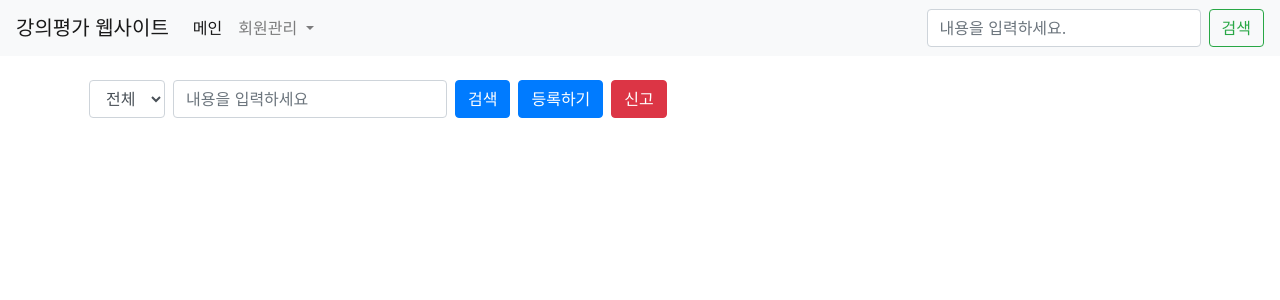
Repository: mijin99/lecture-evaluation
Page: http://localhost/Lecture_Evaluation/
The author's editor kept a copy of each file at every save. The page is drawn from the files as they stood at one save, then again after the next save.
The browser window is 1280 px wide. The pictures show the whole page.
The page is served by Tomcat 9. Other server files are loaded and not shown.

Above is the page before, as saved 2020-12-24 17:18:01.

### Lecture Evaluation/WebContent/index.jsp
<%@ page language="java" contentType="text/html; charset=UTF-8"
    pageEncoding="UTF-8"%> <!--  한글로 -->
    <!-- PUBLIC부터 쭉 지움 -> HTML5 사용을 위해  -->
<!DOCTYPE html>
<html>
<head>
	<meta http-equiv="Content-Type" content="text/html; charset=UTF-8">
	<!-- 반응형웹이기 때문에 뷰 포트에 관련한 메타태그를 넣어줘야함 /디바이스너비                           -->
	<meta name ="viewport" content="width=device-width, initial-scale=1, Shrink-to-fit =no" >
	<title>강의평가 웹사이트</title>
	<!--  부트스트랩 css추가 -->
	<link rel="stylesheet" href="./css/bootstrap.min.css">
	<!--  커스텀 css추가 -->
	<link rel="stylesheet" href="./css/custom.css">
</head>
<body>
	<!--네비게이션  바 (HTML5부터)/부트스트랩이 제공 밝은 하양바-->
	<nav class="navbar navbar-expand-lg navbar-light bg-light">
		<!-- 부트스트랩안에서 로고 같은거 출력 -->
		<a class="navbar-brand" href="index.jsp">강의평가 웹사이트</a>
		<!-- 누르면 navbar id요소가 보였다 안보였다. -->
		<button class="navbar-toggler" type="button" data-toggle="collapse" data-target="#navbar">
			<!-- 점 3개 아이콘 -->
			<span class="navbar-toggler-icon"></span>
		</button>
		<!-- 버튼 눌러서 나타났다, 사라졌다 하는 부분  #navbar << 이거-->
		<div id="navbar" class="collapse navbar-collapse">
			<ul class="navbar-nav mr-auto">
				<li class="nav-item active">
					<a class="nav-link" href="index.jsp">메인</a>
				</li>
				<!-- 누르면 목록나옴 dropdown  -->
				<li class="nav-item dropdown">
				<!-- 눌르면 나타났다 사라졌다.. toggle -->
					<a class="nav-link dropdown-toggle" id="dropdown" data-toggle="dropdown">
						회원관리
					</a>
					<div class="dropdown-menu" aria-labelledby="dropdown">
						<a class="dropdown-item" href="#">로그인</a>
						<a class="dropdown-item" href="#">회원가입</a>
						<a class="dropdown-item" href="#">로그아웃</a>
					</div>
				</li>
			</ul>
			<!-- 검색창  -->
			<form class="form-inline my-2 my-lg-0">
				<input class="form-control mr-sm-2" type="search" placeholder="내용을 입력하세요." aria-label="Search">
					<!-- 전송버튼 -->
				<button class="btn btn-outline-success my-2 my-sm-0" type="submit">검색</button>
			</form>
		</div>
	</nav>

	<!-- 본문 내용 -->   <!-- 컨테이너 - 반응형 -->
	<section class="container">						<!-- 위로 마진 3 -->
		<form method="get" action="./index.jsp" class="form-inline mt-3">
			<!-- 강의 구분  -->								<!-- 마진 -->
			<select name="lectureDivide" class="form-control mx-1 mt-2">
				<option value="전체">전체</option>
				<option value="전공">전공</option>
				<option value="교양">교양</option>
				<option value="기타">기타</option>
			</select>
			<input type="text" name="search" class="form-control mx-1 mt-2" placeholder="내용을 입력하세요">
			<button type="submit" class="btn btn-primary mx-1 mt-2">검색</button>
			<!-- 모달창으로 강의평가 등록하기 -->						<!-- 웹페이지 위쪽 등록양식 -->
			<a class="btn btn-primary mx-1 mt-2" data-toggle="modal" href="#registerModal">등록하기</a>
			<a class="btn btn-danger mx-1 mt-2" data-toggle="modal" href="#reportModal">신고</a>
		</form>
	</section>

	<!-- 등록하기 모달창 -->
	<div class="modal fade" id="registerModal" tabindex="-1" role="dialog" aria-labelledby="modal" aria-hidden="true">
		<!-- 모달창임을 알려줌 -->
		<div class="modal-dialog">
			<!-- 모달 창 안에 내용 정의-->
			<div class="modal-content">
				<!-- 헤더와 바디로 구성 -->
				<div class="modal-header">
					<h5 class="modal-title" id="modal">평가등록</h5>
					<!-- 닫기버튼 누르면 닫히게 -->
					<button type="button" class="close" data-dismiss="modal" aria-label="Close">
						<span aria-hidden="true">&times;</span>
					</button>
				</div>
				<div class="modal-body">
					<!-- 평가 등록 요청 -->
					<form action="./evaluationRegisterAction.jsp" method="post">
						<!-- 하나의 행을 여러개 열로 나눌때  1행-->
						<div class="form-row">
							<!-- 컬럼 -->
							<div class="form-group col-sm-6">
								<label>강의명</label>
								<input type="text" name="lectureName" class="form-control" maxlength="20">
							</div>
							<div class="form-group col-sm-6">
								<label>교수명</label>
								<input type="text" name="professorName" class="form-control" maxlength="20">

							</div>
						</div>

						<!-- 2행 -->
						<div class="form-row">
							<!-- 폼그룹 - 무언가 선택할 때  -->
							<div class="form-group col-sm-4">
								<label>수강 연도</label>
								<select name="lectureYear" class="form-control">
									<option value="2011">2011</option>
									<option value="2012">2012</option>
									<option value="2013">2013</option>
									<option value="2014">2014</option>
									<option value="2015">2015</option>
									<option value="2016">2016</option>
									<option value="2017">2017</option>
									<option value="2018">2018</option>
									<option value="2019">2019</option>
									<option value="2020" selected>2020</option>
									<option value="2021">2021</option>
									<option value="2022">2022</option>
									<option value="2023">2023</option>
								</select>
							</div>
							<div class="form-group col-sm-4">
								<label>수강 학기</label>
								<select name="semesterDivide" class="form-control">
									<option value="1학기" selected>1학기 </option>
									<option value="여름학기" >여름학기 </option>
									<option value="2학기" >2학기 </option>
									<option value="겨울학기" >겨울학기 </option>
								</select>
							</div>

							<div class="form-group col-sm-4">
								<label>강의 구분</label>
								<select name="lectureDivide" class="form-control">
									<option value="전공" selected>전공 </option>
									<option value="교양" >교양 </option>
									<option value="기타" >기타 </option>
								</select>
							</div>
						</div>

						<!-- 실제 강의 평가 내용 3행 -->
						<div class="form-group">
							<label>제목</label>
							<input type="text" name="evaluationTime" class="form-control" maxlength="30">
						</div>

						<div class="form-group">
							<label>내용</label>
							<textarea  name="evaluationContext" class="form-control" maxlength="2048" style="height:180px;"></textarea>
						</div>

						<!-- 1개의 행을 여러개로 -->
						<div class="form-row">
							<div class="form-group col-sm-3">
							<label>종합</label>
								<select name="totalScore" class="form-control">
									<option value="A" selected>A</option>
									<option value="B" selected>B</option>
									<option value="C" selected>C</option>
									<option value="D" selected>D</option>
									<option value="F" selected>F</option>
								</select>
							</div>

							<div class="form-group col-sm-3">
							<label>성적</label>
								<select name="creditScore" class="form-control">
									<option value="A" selected>A</option>
									<option value="B" selected>B</option>
									<option value="C" selected>C</option>
									<option value="D" selected>D</option>
									<option value="F" selected>F</option>
								</select>
							</div>

							<div class="form-group col-sm-3">
							<label>널널</label>
								<select name="comfortableScore" class="form-control">
									<option value="A" selected>A</option>
									<option value="B" selected>B</option>
									<option value="C" selected>C</option>
									<option value="D" selected>D</option>
									<option value="F" selected>F</option>
								</select>
							</div>

							<div class="form-group col-sm-3">
							<label>강의</label>
								<select name="lectureScore" class="form-control">
									<option value="A" selected>A</option>
									<option value="B" selected>B</option>
									<option value="C" selected>C</option>
									<option value="D" selected>D</option>
									<option value="F" selected>F</option>
								</select>
							</div>
						</div>
						<!-- 모달 헤더, 바디 ,푸터 -->
						<div class="modal-footer">
							<button  type="button" class="btn btn-secondary" data-dismiss="modal">취소</button>
							<button type="submit" class="btn btn-primary">등록하기</button>
						</div>
					</form>
				</div>
			</div>
		</div>
	</div>

	<!-- 신고하기 모달창 -->
	<div class="modal fade" id="reportModal" tabindex="-1" role="dialog" aria-labelledby="modal" aria-hidden="true">
			<!-- 모달창임을 알려줌 -->
			<div class="modal-dialog">
				<!-- 모달 창 안에 내용 정의-->
				<div class="modal-content">
					<!-- 헤더와 바디로 구성 -->
					<div class="modal-header">
						<h5 class="modal-title" id="modal">신고하기</h5>
						<!-- 닫기버튼 누르면 닫히게 -->
						<button type="button" class="close" data-dismiss="modal" aria-label="Close">
							<span aria-hidden="true">&times;</span>
						</button>
					</div>
					<div class="modal-body">
						<!-- 신고 요청 -->
						<form action="./reportAction.jsp" method="post">

							<!-- 실제 강의 평가 내용 3행 -->
							<div class="form-group">
								<label>신고 제목</label>
								<input type="text" name="reportTitle" class="form-control" maxlength="30">
							</div>

							<div class="form-group">
								<label>신고 내용</label>
								<textarea  name="reportContent" class="form-control" maxlength="2048" style="height:180px;"></textarea>
							</div>

							<!-- 모달 헤더, 바디 ,푸터 -->
							<div class="modal-footer">
								<button  type="button" class="btn btn-secondary" data-dismiss="modal">취소</button>
								<button type="submit" class="btn btn-danger">신고하기</button>
							</div>
						</form>
					</div>
				</div>
			</div>
		</div>

	<!-- 제이쿼리 자바스크립트 추가, 보통 바디 쪽에 아래씀 기본틀 -->
	<script src="./js/jquery.min.js"></script>
	<!-- 파퍼 자바스크립트 추가-->
	<script src="./js/popper.js"></script>
	<!-- 부트스트랩 자바스크립트 추가-->
	<script src="./js/bootstrap.min.js"></script>
</body>
</html>

### Lecture Evaluation/WebContent/css/custom.css
<!--커스텀의 경우 덮어쓰기 , 웹폰트 ,색깔 등등 -->

@import url(https://fonts.googleapis.com/earlyaccess/jejugothic.css);
@import url(http://fonts.googleapis.com/earlyaccess/nanumgothic.css);

Loaded but not shown: Lecture Evaluation/WebContent/css/bootstrap.min.css (library); Lecture Evaluation/WebContent/js/jquery.min.js (library); Lecture Evaluation/WebContent/js/popper.js (library); Lecture Evaluation/WebContent/js/bootstrap.min.js (library)

After the next save:
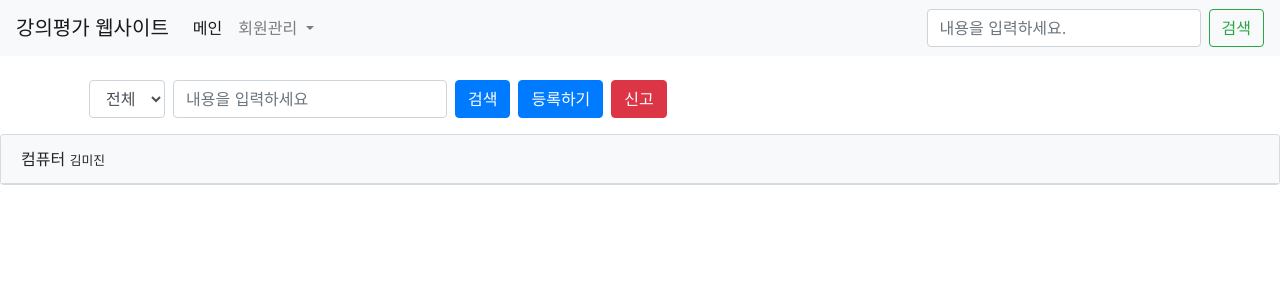
Saved 2 min 13 s later.
--- a/Lecture Evaluation/WebContent/index.jsp
+++ b/Lecture Evaluation/WebContent/index.jsp
@@ -69,6 +69,15 @@
 		</form>
 	</section>
 
+	<!-- 강의평가 등록했을 때 -->
+	<div class="card bg-light mt-3">
+		<div class="card-header bg-light">
+			<div class="row">
+				<div class="col-8 text-left">컴퓨터&nbsp;<small>김미진</small></div>
+			</div>
+		</div>
+	</div>
+
 	<!-- 등록하기 모달창 -->
 	<div class="modal fade" id="registerModal" tabindex="-1" role="dialog" aria-labelledby="modal" aria-hidden="true">
 		<!-- 모달창임을 알려줌 -->
